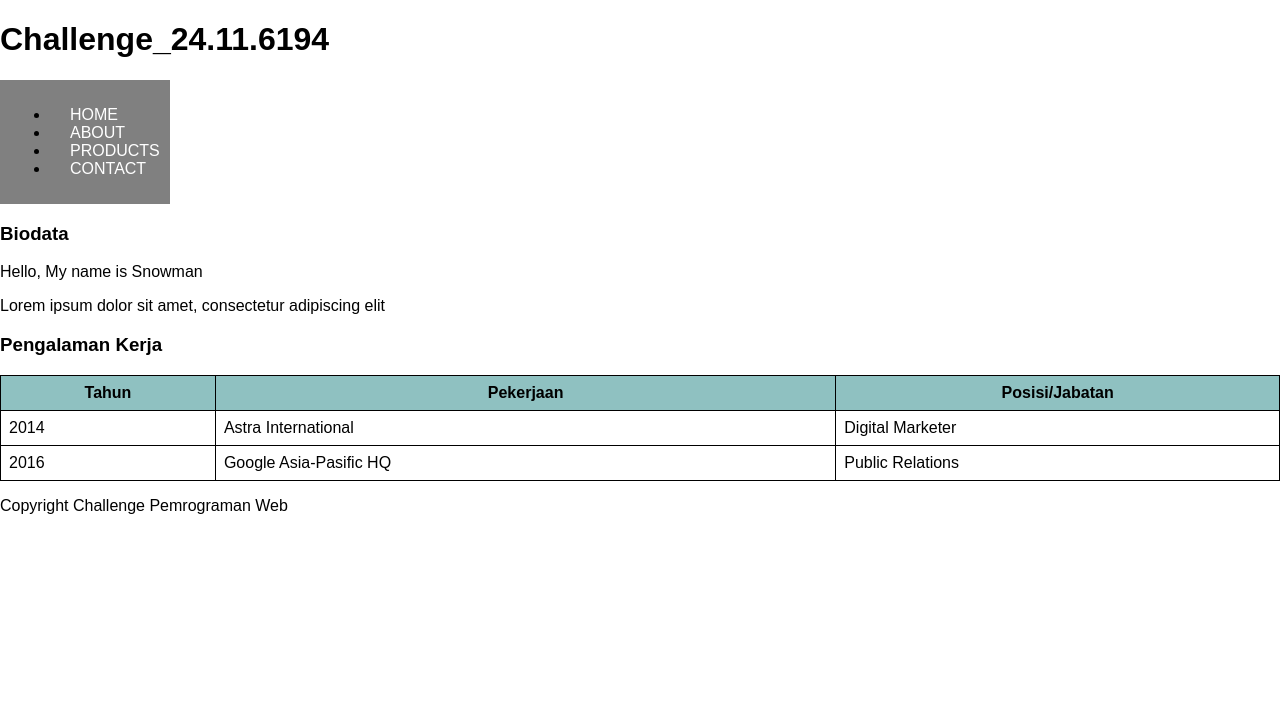
Repository: razitazhr/Pertemuan-6_24.116194
Page: Pertemuan 5/Challenge 5.html
These files come from the project's save history. The page is drawn as it stood at one moment and after the next save; the edit follows.
The browser window is 1280 px wide. The pictures show the whole page.

Above is the page before, as saved 2026-05-02 20:53:39.

### Pertemuan 5/Challenge 5.html
<!DOCTYPE html>
<html lang="en">
<head>
    <meta charset="UTF-8">
    <meta name="viewport" content="width=device-width, initial-scale=1.0">
    <title>Challenge 5_24.11.6194</title>
    <link rel="stylesheet" href="style.css">
</head>
<body>
    <h1>Challenge_24.11.6194</h1>
    <div class="Web Development"></div>
    <div class="container">
        <div class="nav">
            <ul>
                <li><a href="#">HOME</a></li>
                <li><a href="#">ABOUT</a></li>
                <li><a href="#">PRODUCTS</a></li>
                <li><a href="#">CONTACT</a></li>
            </ul>
        </div>
    </div>
    <div id="Biodata">
        <h3>Biodata</h3>
            <p>Hello, My name is Snowman</p>
            <p>Lorem ipsum dolor sit amet, consectetur adipiscing elit</p>
    </div>
    <div class="Pengalaman Kerja">
        <h3>Pengalaman Kerja</h3>
            <table>
                <tr>
                    <th>Tahun</th>
                    <th>Pekerjaan</th>
                    <th>Posisi/Jabatan</th>
                </tr>
                <tr>
                    <td>2014</td>
                    <td>Astra International</td>
                    <td>Digital Marketer</td>
                </tr>
                <tr>
                    <td>2016</td>
                    <td>Google Asia-Pasific HQ</td>
                    <td>Public Relations</td>
                </tr>
            </table>
    </div>
    <FOOTER>
        <div class="Copyright Challenge Pemrograman Web">
            <p>Copyright Challenge Pemrograman Web</p>
        </div>
    </FOOTER>
</body>
</html>

### Pertemuan 5/Style.CSS
body {
    margin: 0;
    font-family: Arial;
}
.header {
    background: #4fa3c7;
    padding: 40px;
    color: white;
    text-align: center;
}
.nav {
    display: flex;
    justify-content: flex-end;
    background: gray;
    padding: 10px;
}
.nav a {
    color: white;
    text-decoration: none;
    margin-left: 20px;
}
.container {
    display: flex;
}
.biodata {
    width: 30%;
    background: #8fc1c1;
    padding: 20px;
}
.pengalaman {
    width: 70%;
    background: #f2f2f2;
    padding: 20px;
}
table {
    width: 100%;
    border-collapse: collapse;
}
th {
    background: #8fc1c1;
}
table, th, td {
    border: 1px solid black;
    padding: 8px;
}
.footer {
    background: gray;
    text-align: center;
    padding: 10px;
}

After the next save:
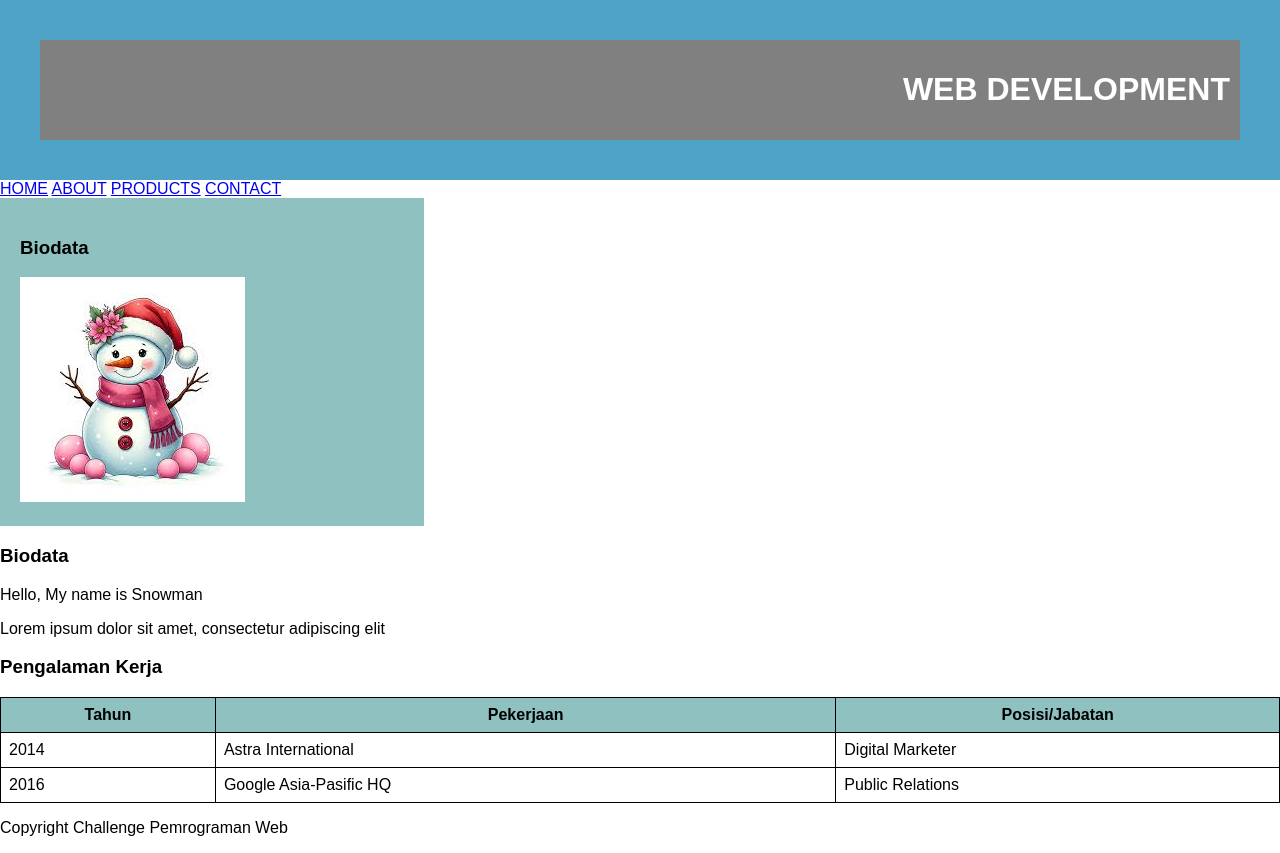
Saved 36 min 31 s later.
--- a/Pertemuan 5/Challenge 5.html
+++ b/Pertemuan 5/Challenge 5.html
@@ -7,16 +7,21 @@
     <link rel="stylesheet" href="style.css">
 </head>
 <body>
-    <h1>Challenge_24.11.6194</h1>
-    <div class="Web Development"></div>
+    <div class="header">
+        <div class="nav">
+            <h1><span>WEB</span> DEVELOPMENT</h1>
+        </div>
+    </div>
+    <div class="navbar">
+        <a href="#">HOME</a>
+        <a href="#">ABOUT</a>
+        <a href="#">PRODUCTS</a>
+        <a href="#">CONTACT</a>
+    </div>
     <div class="container">
-        <div class="nav">
-            <ul>
-                <li><a href="#">HOME</a></li>
-                <li><a href="#">ABOUT</a></li>
-                <li><a href="#">PRODUCTS</a></li>
-                <li><a href="#">CONTACT</a></li>
-            </ul>
+        <div class="biodata">
+            <h3>Biodata</h3>
+            <img src="snowman.jpg" alt="">
         </div>
     </div>
     <div id="Biodata">
